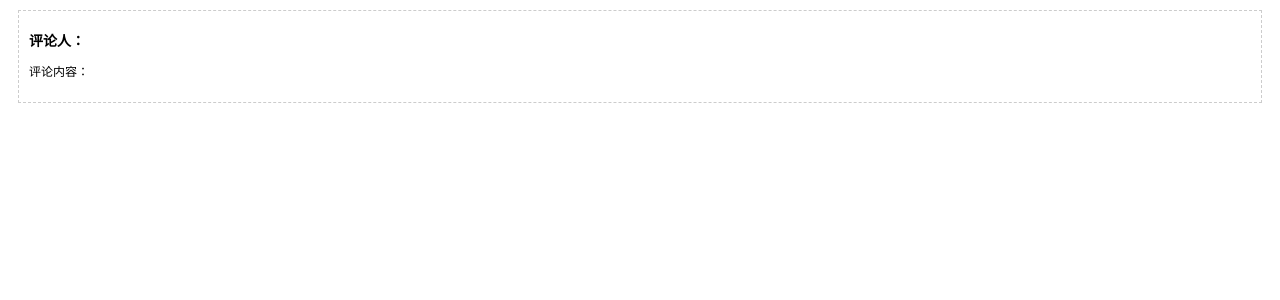
Repository: ysl200/111
Page: / (app in react/frontend/)
These files come from the project's save history. The page is drawn as it stood at one moment and after the next save; the edit follows.
The browser window is 1280 px wide. The pictures show the whole page.
The project was rebuilt for these pictures with package versions that can differ from the ones it lists, and the page was loaded fresh each time.

Above is the page before, as saved 2024-01-04 19:25:48.

### react/frontend/src/index.js
import React, { Component } from "react";
import { createRoot } from 'react-dom/client';



const styles = {
    item: {border: '1px dashed #ccc', margin: '10px', padding: '10px', boxShadow: '0 0 #ccc'},
    user: {fontSize: '14px'},
    content: {fontSize: '12px'}
}

export default function App(props) {

    return (
      <div>
        <div style = {styles.item}>
        <h1 style = {styles.user}>评论人：{props.user}</h1>
        <p style = {styles.content}>评论内容：{props.content}</p>
    </div>
      </div>
    )
  }

const container = document.getElementById('root');
const root = createRoot(container); // createRoot(container!) if you use TypeScript
root.render(<App />);

Loaded but not shown: react/frontend/public/index.html (common file)

After the next save:
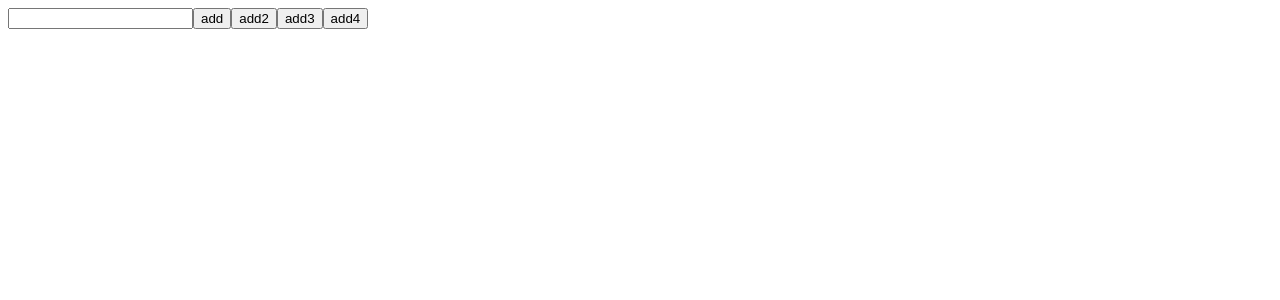
Saved 99 s later.
--- a/react/frontend/src/index.js
+++ b/react/frontend/src/index.js
@@ -3,24 +3,47 @@ import { createRoot } from 'react-dom/client';
 
 
 
-const styles = {
-    item: {border: '1px dashed #ccc', margin: '10px', padding: '10px', boxShadow: '0 0 #ccc'},
-    user: {fontSize: '14px'},
-    content: {fontSize: '12px'}
+class TodoList extends Component {
+    render() {
+        return (
+            <div>
+                <input type="text" />
+
+                <button onClick={()=>{
+                    alert(1)
+                }}>add</button>
+
+                <button onClick={this.handelClick}>add2</button>
+
+                <button onClick={this.handelClick2}>add3</button>
+
+                <button onClick={()=>{
+                   this.handelClick3()
+                }}>add4</button>
+            </div>
+        );
+    }
+
+    handelClick () {
+        console.log(1)
+        console.log(this)
+    }
+
+    // 箭头函数
+    handelClick2 = () => {
+        console.log(2)
+        console.log(this)
+    }
+
+    // 箭头函数
+    handelClick3 = () => {
+        console.log(3)
+        console.log(this)
+    }
 }
 
-export default function App(props) {
-
-    return (
-      <div>
-        <div style = {styles.item}>
-        <h1 style = {styles.user}>评论人：{props.user}</h1>
-        <p style = {styles.content}>评论内容：{props.content}</p>
-    </div>
-      </div>
-    )
-  }
+export default TodoList;
 
 const container = document.getElementById('root');
 const root = createRoot(container); // createRoot(container!) if you use TypeScript
-root.render(<App />);
+root.render(<TodoList />);
